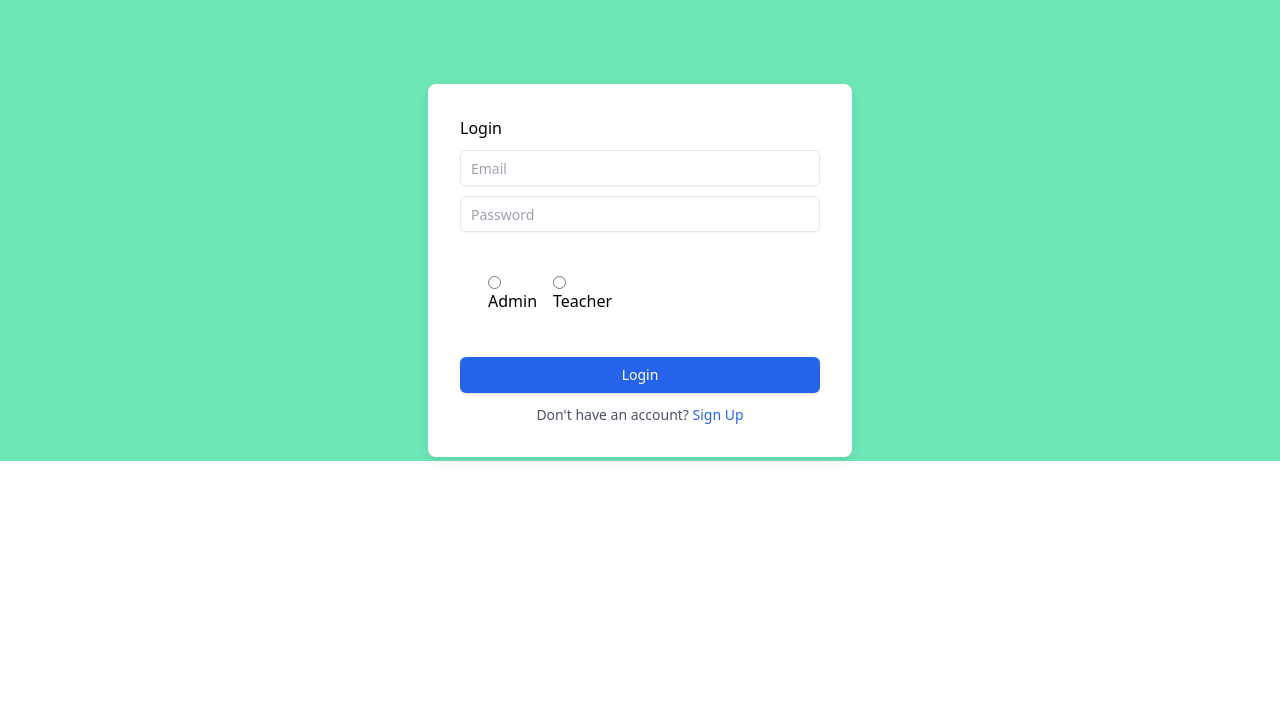
Repository: Haseeb467/Faculty-Online-data
Page: /
The author's editor kept a copy of each file at every save. The page is drawn from the files as they stood at one save, then again after the next save.
The browser window is 1280 px wide. The pictures show the whole page.
The project was rebuilt for these pictures with package versions that can differ from the ones it lists, and the page was loaded fresh each time. Also part of the build but not shown: vite.config.ts, src/Components/Sidebar.tsx, src/Admin/EditTeacher/EditTeacher.tsx, src/Pages/mainPage/MainPageItems.tsx, src/Components/Loader.css, src/Components/Hourglass.tsx, src/Components/NavBar.tsx, src/Components/AdminLayout.tsx and 12 more.

Above is the page before, as saved 2024-12-29 14:32:07.

After the next save:
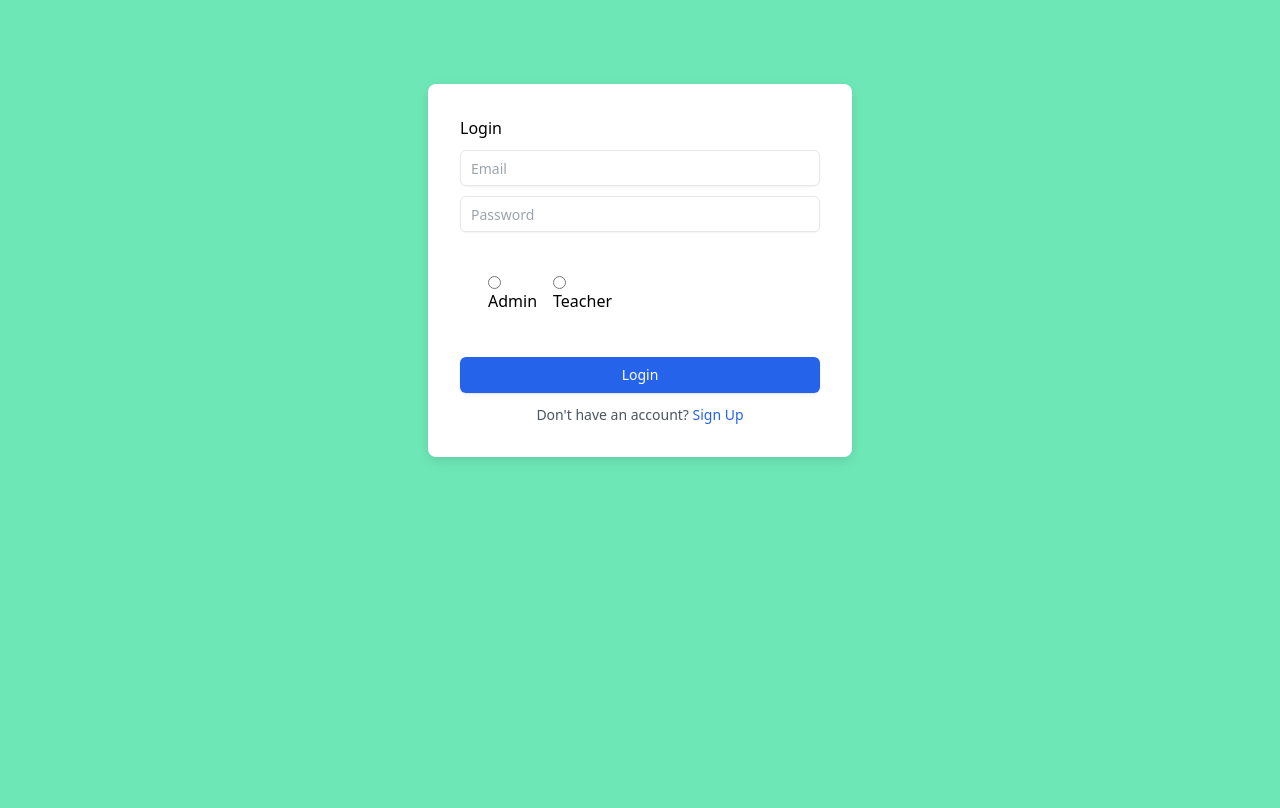
Saved 45 s later.
--- a/src/Components/LoginForm.tsx
+++ b/src/Components/LoginForm.tsx
@@ -97,7 +97,7 @@ const LoginForm = () => {
     };
 
     return (
-        <div className="container">
+        <div className="h-screen">
             <ToastContainer />
             {loading ? (
                 <div className="h-screen flex justify-center items-center">
